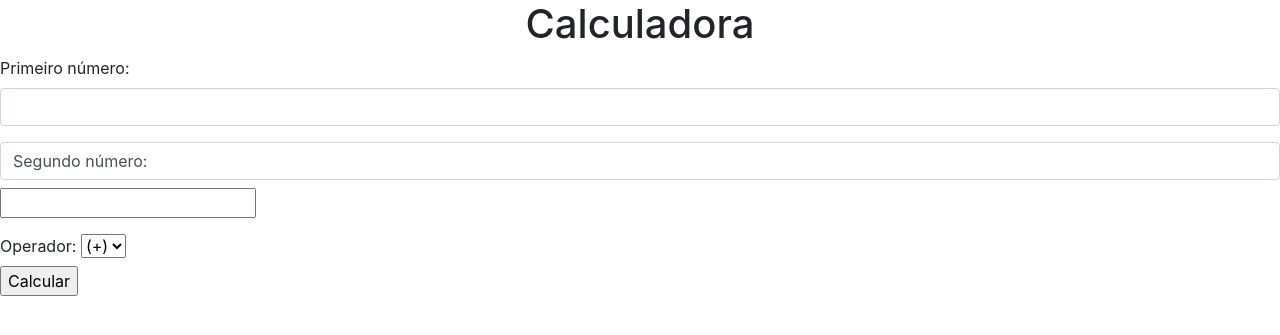
Repository: babirms/DAC
Page: Calculadora/WebContent/home.html
These files come from the project's save history. The page is drawn as it stood at one moment and after the next save; the edit follows.
The browser window is 1280 px wide. The pictures show the whole page.

Above is the page before, as saved 2020-09-20 22:32:47.
Console error (its wording comes from the project's code and is left out).

### Calculadora/WebContent/home.html
<!DOCTYPE html>
<html>
<head>
<meta charset="ISO-8859-1">
<title>Calculadora - Página Inicial</title>
<link href="bootstrap/css/bootstrap.min.css" rel="stylesheet"
	type="text/css" />
<script type="text/javascript" src="bootstrap/js/bootstrap.min.js"></script>
</head>
<body>
	<center>
		<h1>Calculadora</h1>
	</center>
	<form action="CalculadoraServlet" method="get">
		<div class="form-group">
			<label for="primeiroNum">Primeiro número: </label> <input
				type="number" class="form-control" name="primeiroValue"
				id="primeiroNum ">
		</div>
		<div class="form-group">
			<label for="segundoNum" class="form-control">Segundo número: </label> <input type="number"
				id="segundoNum" name="segundoValue">
		</div>
		<label>Operador: </label> <select name="operacao">
			<option value="soma">(+)</option>
			<option value="sub">(-)</option>
			<option value="mul">(*)</option>
			<option value="div">(/)</option>
		</select> <br> <input type="submit" value="Calcular">
	</form>


</body>
</html>

Loaded but not shown: Calculadora/WebContent/bootstrap/css/bootstrap.min.css (library); Calculadora/WebContent/bootstrap/js/bootstrap.min.js (library)

After the next save:
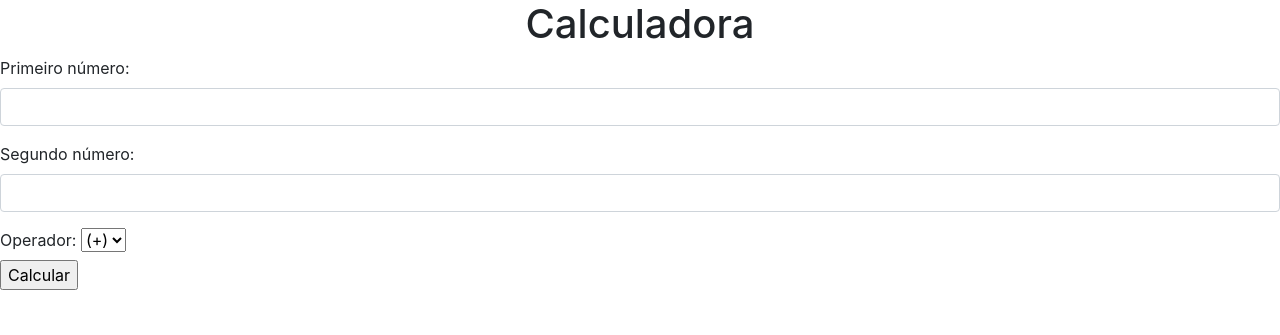
Saved 6 s later.
--- a/Calculadora/WebContent/home.html
+++ b/Calculadora/WebContent/home.html
@@ -18,8 +18,9 @@
 				id="primeiroNum ">
 		</div>
 		<div class="form-group">
-			<label for="segundoNum" class="form-control">Segundo número: </label> <input type="number"
-				id="segundoNum" name="segundoValue">
+			<label for="segundoNum">Segundo número: </label> <input
+				type="number" id="segundoNum" class="form-control"
+				name="segundoValue">
 		</div>
 		<label>Operador: </label> <select name="operacao">
 			<option value="soma">(+)</option>
